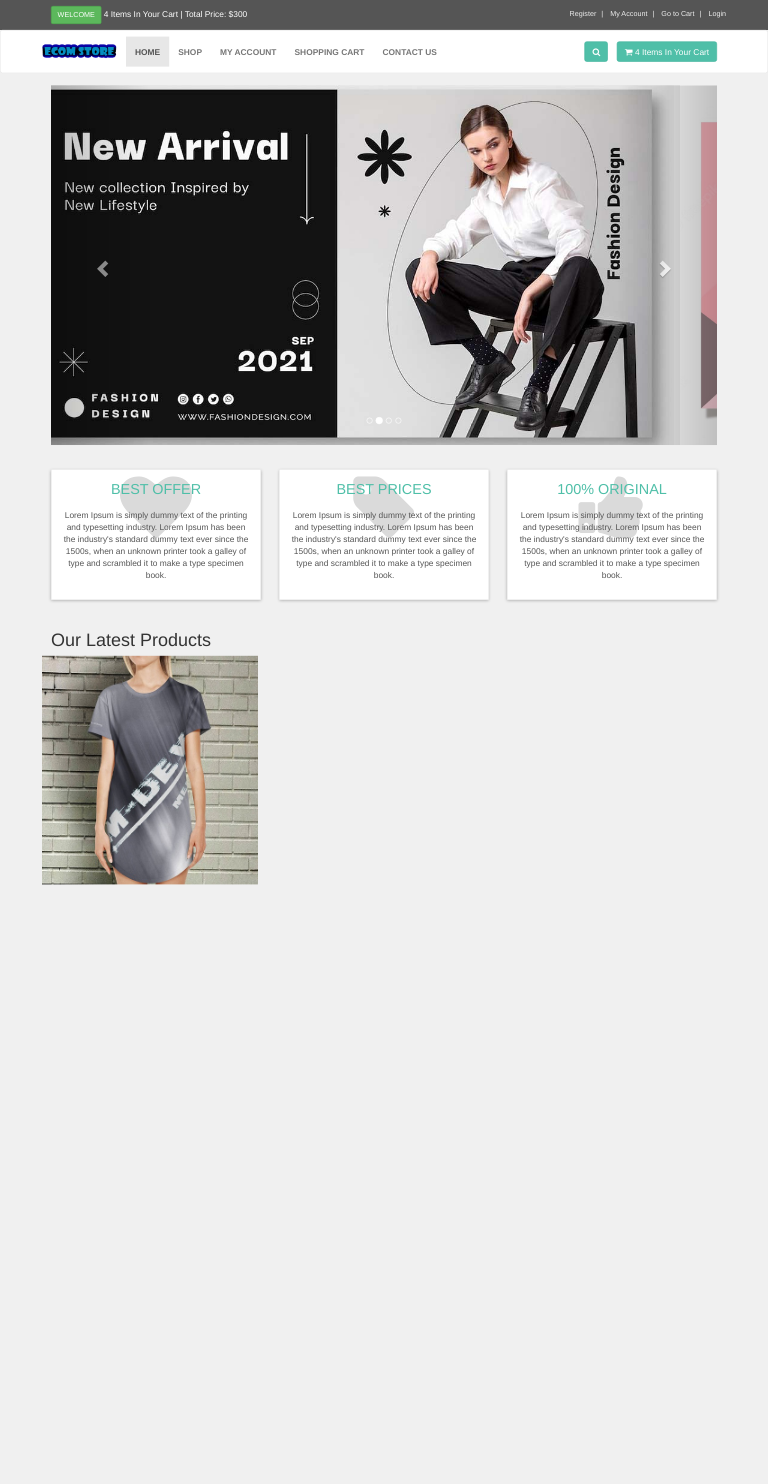
Repository: truonghuynhquy/M_Dev_Store
Page: http://localhost/
These files come from the project's save history. The page is drawn as it stood at one moment and after the next save; the edit follows.
The browser window is 1280 px wide. The pictures show the whole page, at 60% of full size.
The page is run by PHP 8.4 with error messages shown; the project is at /var/www/html/.

Above is the page before, as saved 2022-09-25 11:01:44.

### index.php
<!DOCTYPE html>
<html lang="en">

<head>
    <meta charset="UTF-8">
    <meta http-equiv="X-UA-Compatible" content="IE=edge">
    <meta name="viewport" content="width=device-width, initial-scale=1.0">
    <title>M-Dev Shop</title>
    <link rel="stylesheet" href="styles/bootstrap-337.min.css">
    <link rel="stylesheet" href="styles/style.css">
    <link rel="stylesheet" href="font-awsome/css/font-awesome.min.css">
</head>

<body>
    <div id="top">
        <!--  Top:     Begin  -->

        <div class="container">
            <!--  Container:     Begin  -->
            <div class="col-md-6 offer">
                <!--  col-md-6 offer:     Begin  -->
                <a href="#" class="btn btn-success btn-sm">Welcome</a>
                <a href="checkout.php">4 Items In Your Cart | Total Price: $300</a>
            </div><!--  col-md-6:     Finish  -->

            <div class="col md-6">
                <!--  col-md-6:     Begin  -->

                <ul class="menu">
                    <!--  menu:     Begin  -->
                    <li>
                        <a href="customer_register.php">Register</a>
                    </li>
                    <li>
                        <a href="checkout.php">My Account</a>
                    </li>
                    <li>
                        <a href="cart.php">Go to Cart</a>
                    </li>
                    <li>
                        <a href="checkout.php">Login</a>
                    </li>

                </ul><!--  menu:     Finish  -->

            </div><!--  col-md-6:     Finish  -->

        </div><!--  Container:     Finish  -->

    </div><!--  Top:    Finish  -->

    <div id="navbar" class="navbar navbar-default">
        <!--  navbar navbar-default:    Begin  -->

        <div class="container">
            <!--  container:    Begin  -->

            <div class="nav-header">
                <!--  nav-header:    Begin  -->

                <a href="index.php" class="navbar-brand home">
                    <!-- navbar-brand home Begin -->

                    <img src="images/ecom-store-logo.png" alt="M-dev-Store Logo" class="hidden-xs">
                    <img src="images/ecom-store-logo-mobile.png" alt="M-dev-Store Logo Mobile" class="visible-xs">

                </a><!-- navbar-brand home Finish -->

                <button class="navbar-toggle" data-toggle="collapse" data-target="#navigation">

                    <span class="sr-only">Toggle navigation</span>

                    <i class="fa fa-align-justify"></i>

                </button>

                <button class="navbar-toggle" data-toggle="collapse" data-target="#search">

                    <span class="sr-only">Toggle Search</span>

                    <i class="fa fa-search"></i>

                </button>

            </div><!--  nav-header:    Finish  -->

            <div class="collapse navbar-collapse" id="navigation">
                <!-- navbar-collapse collapse Begin -->

                <div class="padding-nav">
                    <!-- padding-nav Begin -->

                    <ul class="nav navbar-nav left">
                        <!-- nav navbar-nav left Begin -->

                        <li class="active">
                            <a href="index.php">Home</a>
                        </li>
                        <li>
                            <a href="shop.php">Shop</a>
                        </li>
                        <li>
                            <a href="checkout.php">My Account</a>
                        </li>
                        <li>
                            <a href="cart.php">Shopping Cart</a>
                        </li>
                        <li>
                            <a href="contact.php">Contact Us</a>
                        </li>

                    </ul><!-- nav navbar-nav left Finish -->

                </div><!-- padding-nav Finish -->

                <a href="cart.php" class="btn navbar-btn btn-primary right">

                    <!-- btn navbar-btn btn-primary Begin -->

                    <i class="fa fa-shopping-cart"></i>

                    <span>4 Items In Your Cart</span>

                </a><!-- btn navbar-btn btn-primary Finish -->

                <div class="navbar-collapse collapse right">
                    <!-- navbar-collapse collapse right Begin -->

                    <button class="btn btn-primary navbar-btn" type="button" data-toggle="collapse" data-target="#search">
                        <!-- btn btn-primary navbar-btn Begin -->

                        <span class="sr-only">Toggle Search</span>

                        <i class="fa fa-search"></i>

                </div><!-- navbar-collapse collapse right Finish -->

                <div class="collapse clearfix" id="search">
                    <!-- collapse clearfix Begin -->

                    <form method="get" action="results.php" class="navbar-form">
                        <!-- navbar-form Begin -->

                        <div class="input-group">
                            <!-- input-group Begin -->

                            <input type="text" class="form-control" placeholder="Search" name="user_query" required>

                            <span class="input-group-btn">
                                <!-- input-group-btn Begin -->

                                <button type="submit" name="search" value="Search" class="btn btn-primary">
                                    <!-- btn btn-primary Begin -->

                                    <i class="fa fa-search"></i>

                                </button><!-- btn btn-primary Finish -->

                            </span><!-- input-group-btn Finish -->

                        </div><!-- input-group Finish -->

                    </form><!-- navbar-form Finish -->

                </div><!-- collapse clearfix Finish -->

            </div><!-- navbar-collapse collapse Finish -->

        </div><!--  container:    Finish  -->

    </div><!--  navbar navbar-default:    Finish  -->

    <div class="container" id="slider">
        <!-- container Begin -->

        <div class="col-md-12">
            <!-- col-md-12 Begin -->

            <div class="carousel slide" id="myCarousel" data-ride="carousel">
                <!-- carousel slide Begin -->

                <ol class="carousel-indicators">
                    <!-- carousel-indicators Begin -->

                    <li class="active" data-target="#myCarousel" data-slide-to="0"></li>
                    <li data-target="#myCarousel" data-slide-to="1"></li>
                    <li data-target="#myCarousel" data-slide-to="2"></li>
                    <li data-target="#myCarousel" data-slide-to="3"></li>

                </ol><!-- carousel-indicators Finish -->

                <div class="carousel-inner">
                    <!-- carousel-inner Begin -->

                    <div class="item active">

                        <img src="admin_area/slides_images/slider-1.jpg" alt="Slider Image 1">

                    </div>

                    <div class="item">

                        <img src="admin_area/slides_images/slider-2.jpg" alt="Slider Image 2">

                    </div>

                    <div class="item">

                        <img src="admin_area/slides_images/slider-3.jpg" alt="Slider Image 3">

                    </div>

                    <div class="item">

                        <img src="admin_area/slides_images/slider-4.jpg" alt="Slider Image 4">

                    </div>

                </div><!-- carousel-inner Finish -->

                <a href="#myCarousel" class="left carousel-control" data-slide="prev">
                    <!-- left carousel-control Begin -->

                    <span class="glyphicon glyphicon-chevron-left"></span>
                    <span class="sr-only">Previous</span>

                </a><!-- left carousel-control Finish -->

                <a href="#myCarousel" class="right carousel-control" data-slide="next">
                    <!-- left carousel-control Begin -->

                    <span class="glyphicon glyphicon-chevron-right"></span>
                    <span class="sr-only">Next</span>

                </a><!-- left carousel-control Finish -->

            </div><!-- carousel slide  Finish -->

        </div><!-- col-md-12 Finish -->

    </div><!-- container Finish -->

    <div id="advantages">
        <!-- #advantages Begin -->

        <div class="container">
            <!-- container Begin -->

            <div class="same-height-row">
                <!-- same-height-row Begin -->

                <div class="col-sm-4">
                    <!-- col-sm-4 Begin -->

                    <div class="box same-height">
                        <!-- box same-height Begin -->

                        <div class="icon">
                            <!-- icon Begin -->

                            <i class="fa fa-heart"></i>

                        </div><!-- icon Finish -->

                        <h3><a href="#">Best Offer</a></h3>

                        <p>Lorem Ipsum is simply dummy text of the printing and typesetting industry. Lorem Ipsum has been the industry's standard dummy text ever since the 1500s, when an unknown printer took a galley of type and scrambled it to make a type specimen book. </p>

                    </div><!-- box same-height Finish -->

                </div><!-- col-sm-4 Finish -->

                <div class="col-sm-4">
                    <!-- col-sm-4 Begin -->

                    <div class="box same-height">
                        <!-- box same-height Begin -->

                        <div class="icon">
                            <!-- icon Begin -->

                            <i class="fa fa-tag"></i>

                        </div><!-- icon Finish -->

                        <h3><a href="#">Best Prices</a></h3>

                        <p>Lorem Ipsum is simply dummy text of the printing and typesetting industry. Lorem Ipsum has been the industry's standard dummy text ever since the 1500s, when an unknown printer took a galley of type and scrambled it to make a type specimen book.</p>

                    </div><!-- box same-height Finish -->

                </div><!-- col-sm-4 Finish -->

                <div class="col-sm-4">
                    <!-- col-sm-4 Begin -->

                    <div class="box same-height">
                        <!-- box same-height Begin -->

                        <div class="icon">
                            <!-- icon Begin -->

                            <i class="fa fa-thumbs-up"></i>

                        </div><!-- icon Finish -->

                        <h3><a href="#">100% Original</a></h3>

                        <p>Lorem Ipsum is simply dummy text of the printing and typesetting industry. Lorem Ipsum has been the industry's standard dummy text ever since the 1500s, when an unknown printer took a galley of type and scrambled it to make a type specimen book.</p>

                    </div><!-- box same-height Finish -->

                </div><!-- col-sm-4 Finish -->

            </div><!-- same-height-row Finish -->

        </div><!-- container Finish -->

    </div><!-- #advantages Finish -->

    <div id="hot">
        <!-- #hot Begin -->

        <div class="box">
            <!-- box Begin -->

            <div class="container">
                <!-- container Begin -->

                <div class="col-md-12">
                    <!-- col-md-12 Begin -->

                    <h2>
                        Our Latest Products
                    </h2>

                </div> <!-- col-md-12 Finish -->

            </div> <!-- container Finish -->

        </div> <!-- box Finish -->

    </div><!-- #hot Finish -->

    <div id="content" class="container">
        <!-- container Begin -->

        <div class="row">
            <!-- row Begin -->

            <div class="col-sm-4 col-sm-6 single">
                <!-- col-sm-4 col-sm-6 single Begin -->

                <div class="product">
                    <!-- product Begin -->

                <a href="details.php">

                    <img src="admin_area/product_images/product-1.jpg" alt="Product 1" class="img-responsive">

                </a>

                </div><!-- product Finish -->

            </div><!-- col-sm-4 col-sm-6 single Finish -->


        </div> <!-- row Finish -->

    </div><!-- container Finish -->


    <script src="js/jquery-331.min.js"></script>
    <script src="js/bootstrap-337.min.js"></script>


</body>

</html>

### styles/style.css
/*
Template Name     : M-Dev Store
Author Name       : MrGhie
Author Email      : mugianto1nd@gmail.com
Theme URI         : www.m-dev-store.com | localhost/m-dev-store
Theme Ver         : 1.1
*/

/* General Styles */

body{
    font-size: 14px;
    line-height: 1.42857143;
    color: #333333;
    background: #f0f0f0;
    overflow-x: hidden;
    margin-bottom: 1000px;
}

/* Top Styles */

#top{
    background: #555555;
    padding: 10px 0;
}
#top .offer{
    color: #ffffff;
}
#top .offer .btn{
    text-transform: uppercase;
}
@media(max-width: 991px){
    #top .offer{
        margin-bottom: 10px;
    }
}
@media(max-width: 991px){
    #top{
        font-size: 12px;
        text-align: center;
    }
}
#top a{
    color: #ffffff;
}
#top ul.menu{
    padding-top: 5px;
    margin: 0px;
    text-align: right;
    font-size: 12px;
    list-style: none;
}
@media(max-width: 991px){
    #top ul.menu{
        text-align: center;
    }
}
#top ul.menu > li{
    display: inline-block;
}
#top ul.menu > li a{
    color: #eeeeee;
}
#top ul.menu > li + li:before{
    content: "|\00a0";
    color: #f7f7f7;
    padding: 0 5px;
}

/* Header Styles */

.navbar{
    background: #ffffff;
}
.navbar-collapse .right{
    float: right;
}
.navbar-brand{
    float: left;
    padding: 10px 15px;
    font-size: 18px;
    line-height: 20px;
    height: 70px;
}
.navbar-brand:hover,
.navbar-brand:focus{
    text-decoration: none;
}
.navbar ul.nav > li > a{
    text-transform: uppercase;
    font-weight: bold;
    font-size: 14px;
}
.navbar ul.nav > li > a:hover{
    background: #e7e7e7;
}
.padding-nav{
    padding-top: 10px;
}
.btn-primary{
    color: rgb(255, 255, 255);
    background: rgb(79, 191, 168);
    border-color: rgb(65, 179, 156);
}
#search .navbar-form{
    float: right;
}
#search{
    clear: both;
    border-top: solid 1px #9adacd;
    text-align: right;
}
#search .navbar-form .input-group{
    display: table;
}
#search .navbar-form .input-group .form-control{
    width: 100%;
}
#slider{
    margin-bottom: 40px;
}

/* advantages Styles */

#advantages{
    text-align: center;
}
#advantages .box{
    background: #ffffff;
    margin: 0 0 30px;
    border: solid 1px #e6e6e6;
    box-sizing: border-box;
    padding: 20px;
    box-shadow: 0px 2px 5px rgba(0, 0, 0, .3);
}
#advantages .box .icon{
    position: absolute;
    font-size: 120px;
    width: 100%;
    text-align: center;
    top: -20px;
    left: 0px;
    height: 100%;
    float: left;
    color: #dadada;
    box-sizing: border-box;
    z-index: 1;
}
#advantages .box h3{
    position: relative;
    margin: 0 0 20px;
    font-weight: 300;
    text-transform: uppercase;
    z-index: 2;
}
#advantages .box h3 a{
    color: #4fbfa8;
}
#advantages .box h3 a:hover{
    text-decoration: none;
}
#advantages .box p{
    position: relative;
    z-index: 2;
    color: #555555;
}

Loaded but not shown: styles/bootstrap-337.min.css (library); font-awsome/css/font-awesome.min.css (library); js/jquery-331.min.js (library); js/bootstrap-337.min.js (library)

After the next save:
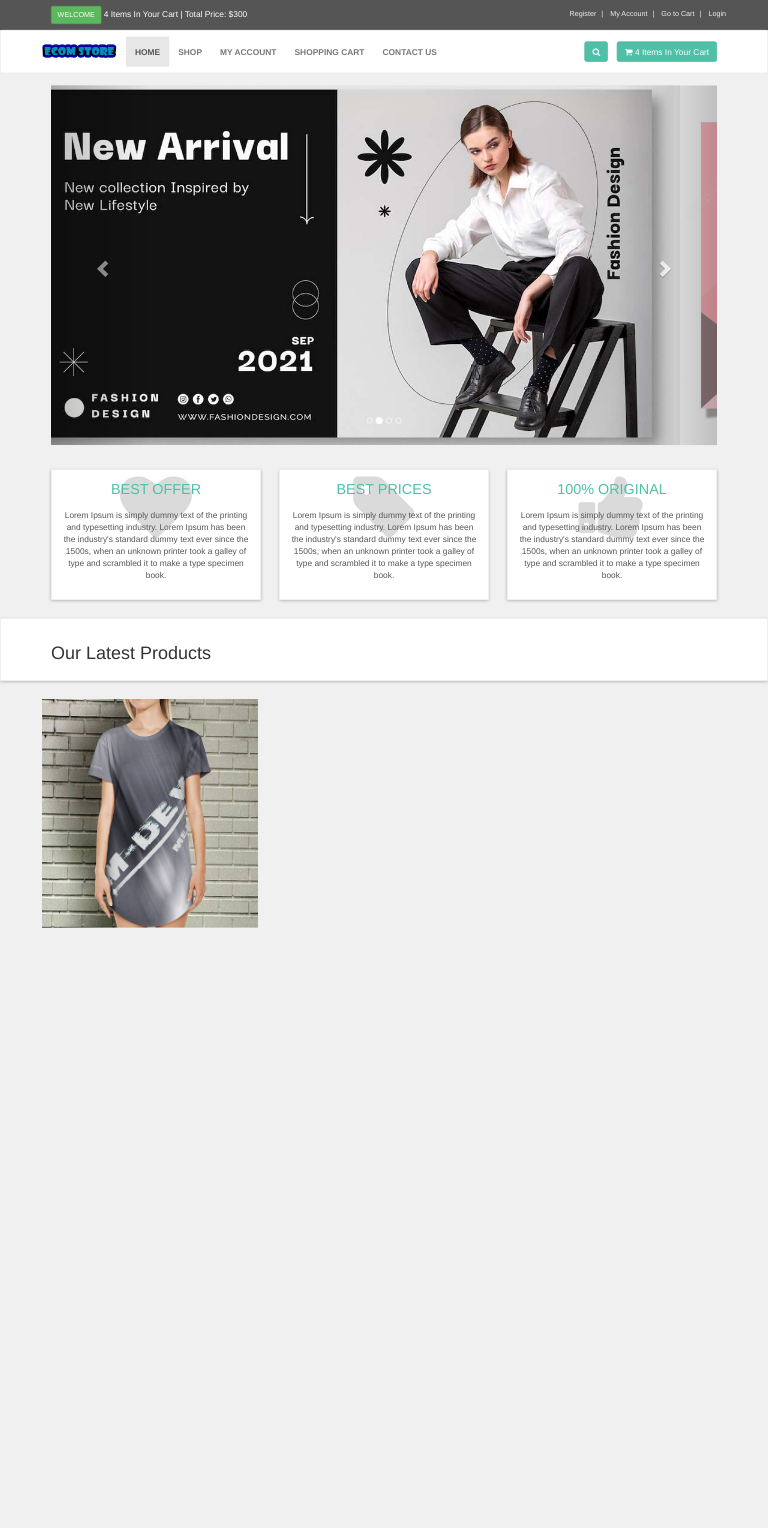
Saved 17 s later.
--- a/styles/style.css
+++ b/styles/style.css
@@ -125,7 +125,7 @@ body{
 #advantages{
     text-align: center;
 }
-#advantages .box{
+.box{
     background: #ffffff;
     margin: 0 0 30px;
     border: solid 1px #e6e6e6;
